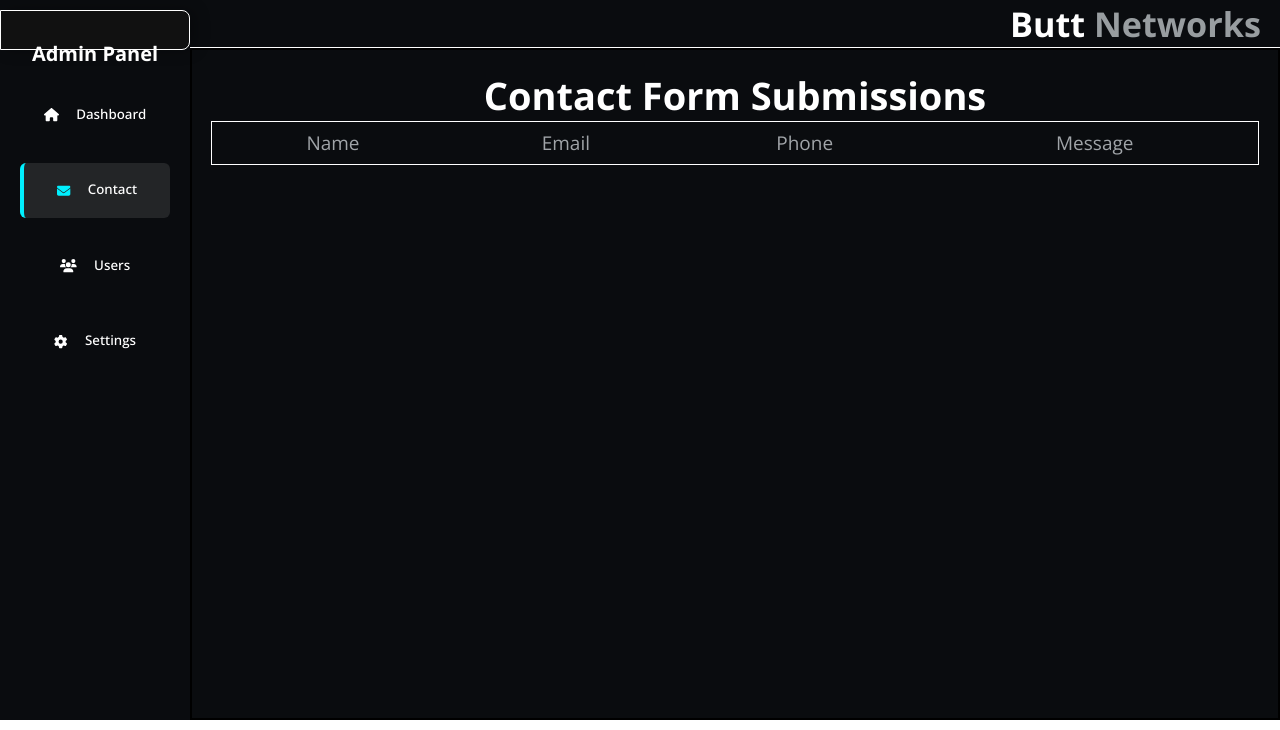
Repository: coder101-js/buttnetworks-admin-Panel
Page: /admin/contact
An editor plug-in stored every save of this project. The page is shown before and after the next save, followed by the edit.
The browser window is 1280 px wide. The pictures show the whole page.
The page's requests for data from a server got no answer. The project was rebuilt for these pictures with package versions that can differ from the ones it lists, and the page was loaded fresh each time. No one was signed in, and anything a server would have sent is missing. Also part of the build but not shown: vite.config.js, src/component/login/LoginEmailPage.jsx, src/component/login/LoginPassword.jsx.

Above is the page before, as saved 2025-07-05 22:45:54.

After the next save:
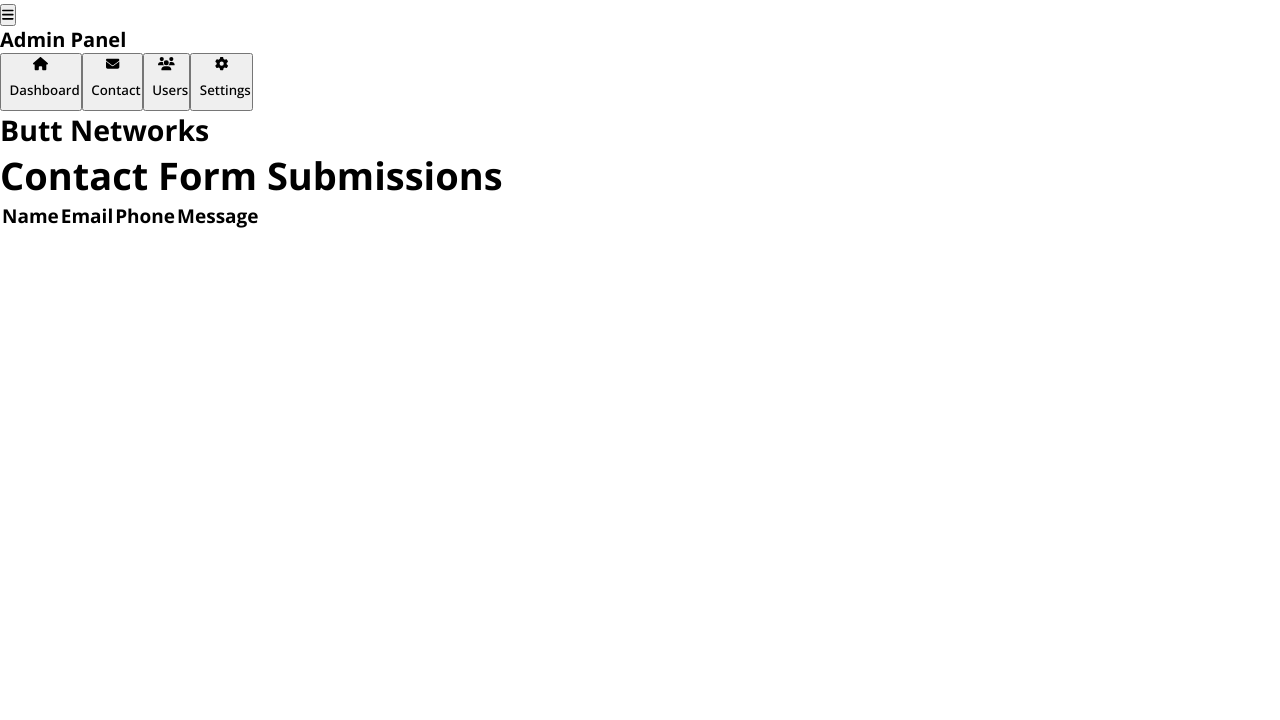
Saved 49 s later.
--- a/src/component/login/AdminContact.jsx
+++ b/src/component/login/AdminContact.jsx
@@ -7,7 +7,7 @@
   faUsers,
   faCog,
 } from "@fortawesome/free-solid-svg-icons";
-import "./style/Admin.css";
+// import "./style/Admin.css";
 
 const AdminContact = () => {
   // Body theming

After the save that followed:
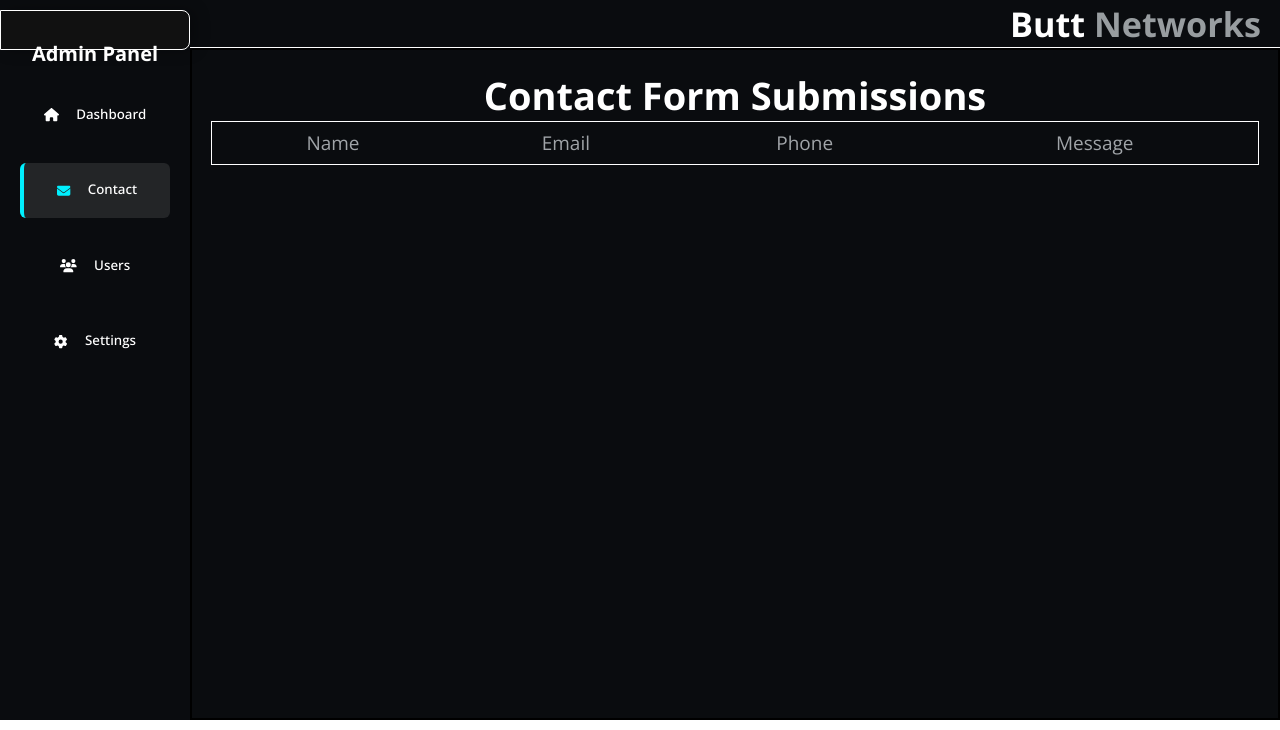
Saved 4 s later.
--- a/src/component/login/AdminContact.jsx
+++ b/src/component/login/AdminContact.jsx
@@ -7,7 +7,7 @@
   faUsers,
   faCog,
 } from "@fortawesome/free-solid-svg-icons";
-// import "./style/Admin.css";
+import "./style/Admin.css";
 
 const AdminContact = () => {
   // Body theming
